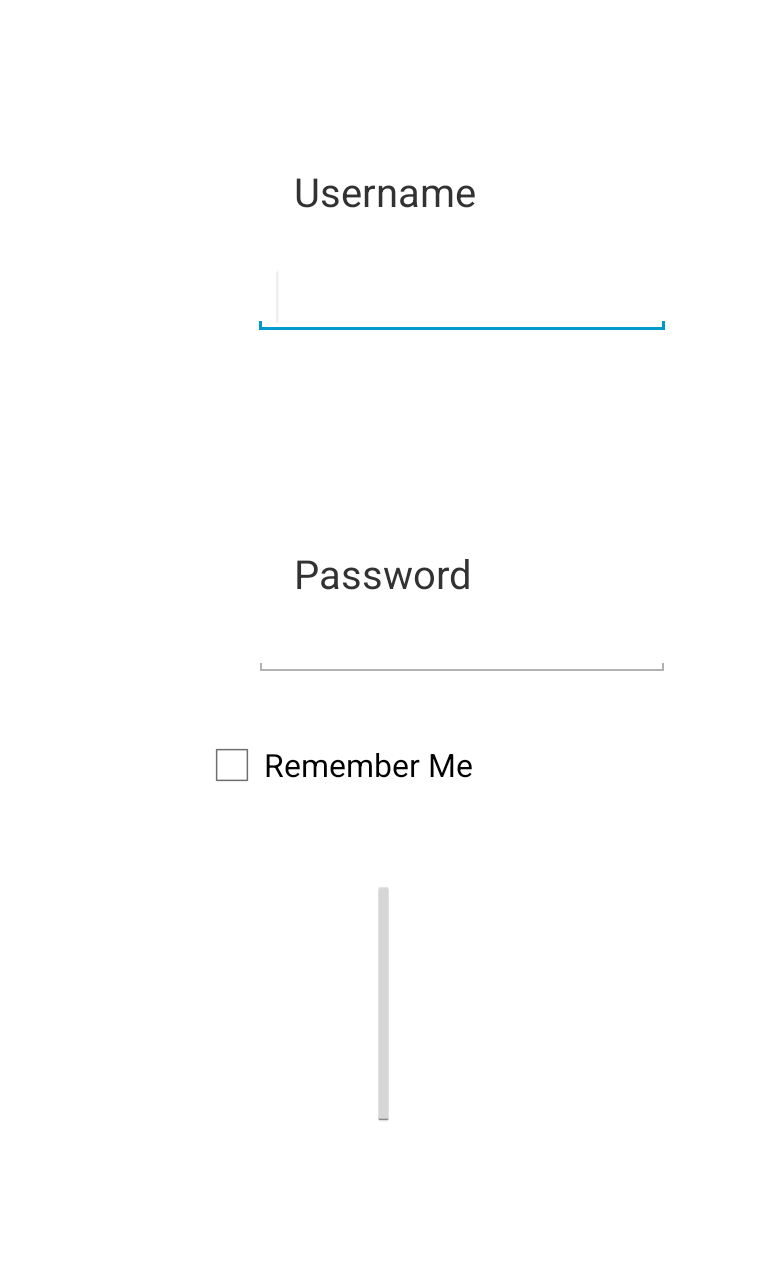
Repository: emeryduh/AndroidProject
Layout: client/TeamJonesProject/res/layout/activity_login.xml
An editor plug-in stored every save of this project. The layout is shown before and after the next save, followed by the edit.
It is drawn on a 768 x 1280 px phone screen (xhdpi) without system bars, with theme AppTheme; the app's code is not run.

Above is the layout before, as saved 2014-10-01 01:12:28.

After the next save:
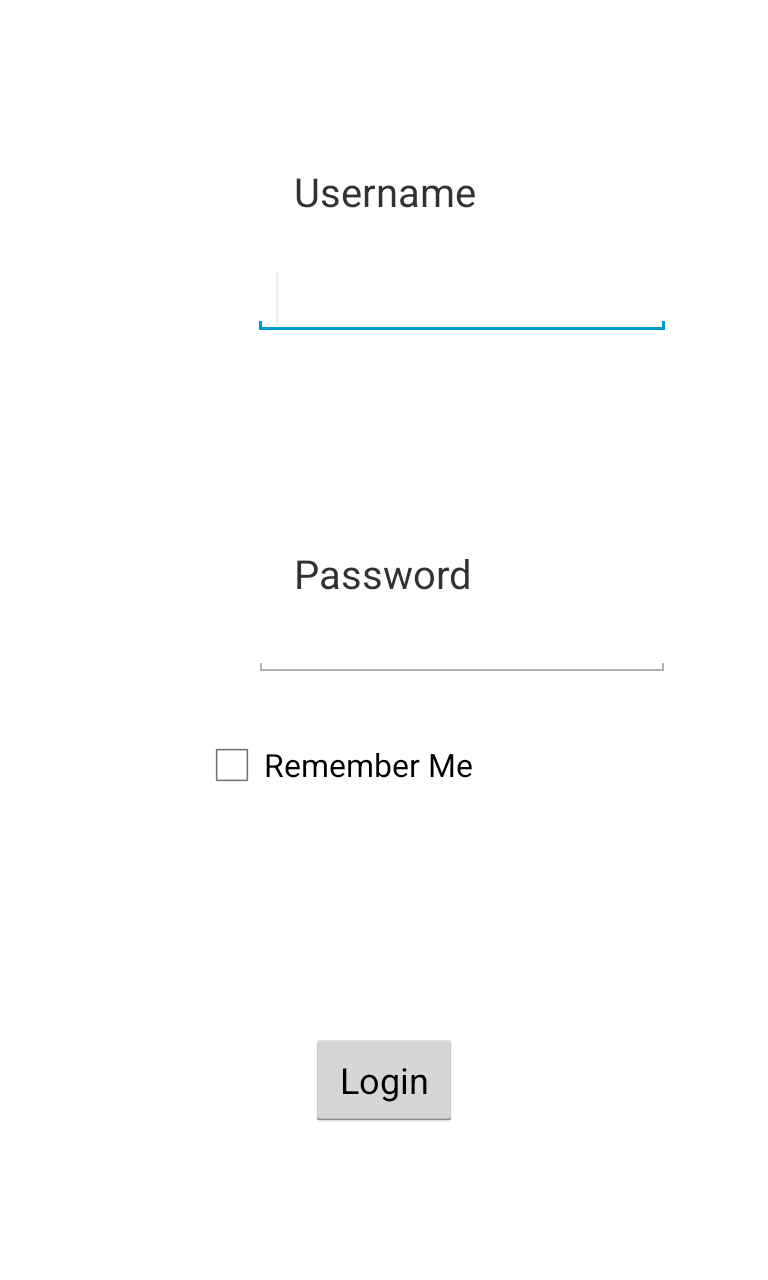
Saved 7 s later.
--- a/client/TeamJonesProject/res/layout/activity_login.xml
+++ b/client/TeamJonesProject/res/layout/activity_login.xml
@@ -10,7 +10,7 @@
 
     <Button
         android:id="@+id/loginButton"
-        android:layout_width="15px"
+        android:layout_width="150px"
         android:layout_height="wrap_content"
         android:layout_alignParentBottom="true"
         android:layout_centerHorizontal="true"
